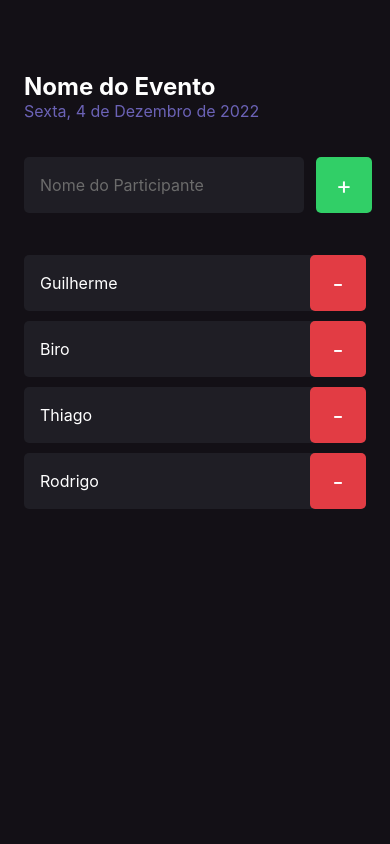
Repository: guilhermecardoso93/reactNative-ignite-imhere
Screen: /
The author's editor kept a copy of each file at every save. The screen is drawn from the files as they stood at one save, then again after the next save.
The app was drawn by React Native's web renderer in a window 390 px wide. The project was rebuilt for these pictures with package versions that can differ from the ones it lists, and the page was loaded fresh each time.

Above is the screen before, as saved 2022-10-03 18:11:08.

### App.tsx
import Home from "./src/screens/Home";

export default function App() {
  return (
    <>
      <Home />
    </>
  );
}

### src/screens/Home/index.tsx
import { Text, View, TextInput, TouchableOpacity } from "react-native";
import { Participant } from "../../components/Participant";

import { styles } from "./styles";

export default function Home() {
  const participants = ["Guilherme", "Biro", "Thiago", "Rodrigo"];

  function handleAddPArticipant() {
    console.log("ADD part");
  }

  function handleRemovePArticipant(name: string) {
    console.log(`Você Removeu o ${name}`);
  }

  return (
    <View style={styles.container}>
      <Text style={styles.eventName}>Nome do Evento</Text>
      <Text style={styles.eventDate}>Sexta, 4 de Dezembro de 2022</Text>
      <View style={styles.form}>
        <TextInput
          style={styles.eventInput}
          placeholder="Nome do Participante"
          placeholderTextColor="#6b6b6b"
        />
        <TouchableOpacity style={styles.button} onPress={handleAddPArticipant}>
          <Text style={styles.buttonText}>+</Text>
        </TouchableOpacity>
      </View>
      {participants.map((participant) => {
        return (
          <Participant
            participantName={participant}
            key={participant}
            onRemove={() => handleRemovePArticipant(participant)}
          />
        );
      })}
    </View>
  );
}

### src/components/Participant/index.tsx
import { Text, TouchableOpacity, View } from "react-native";

import { styles } from "./styles";

interface ParticipantProps {
  participantName: string;
  onRemove: () => void;
}

export function Participant({participantName, onRemove} : ParticipantProps ){


  return (
    <View style={styles.container}>
      <Text style={styles.name}>{participantName}</Text>
      <TouchableOpacity style={styles.button} onPress={onRemove}>
          <Text style={styles.buttonText}>-</Text>
        </TouchableOpacity>
    </View>
  )
}

### src/screens/Home/styles.ts
import { StyleSheet } from "react-native";

export const styles = StyleSheet.create({
  container: {
    flex: 1,
    padding: 24,
    backgroundColor: "#131016",
  },
  eventName: {
    color: "#fff",
    fontSize: 24,
    fontWeight: "bold",
    marginTop: 48,
  },
  eventDate: {
    color: "#6b62b6",
    fontSize: 16,
  },

  eventInput: {
    backgroundColor: "#1f1e25",
    color: "#FFF",
    height: 56,
    flex: 1,
    borderRadius: 5,
    padding: 16,
    fontSize: 16,
    marginRight: 12,
  },

  button: {
    width: 56,
    height: 56,
    borderRadius: 5,
    backgroundColor: "#31cf67",
    alignItems: "center",
    justifyContent: "center",
  },
  buttonText: {
    color: "#FFF",
    fontSize: 24,
  },
  form: {
    width: "100%",
    flexDirection: "row",
    marginTop: 36,
    marginBottom: 42,
  },
});

### src/components/Participant/styles.ts
import { StyleSheet } from "react-native";

export const styles = StyleSheet.create({
  container: {
    width: "100%",
    backgroundColor: "#1f1e25",
    borderRadius: 5,
    flexDirection: "row",
    alignItems: "center",
    justifyContent: "space-between",
    marginBottom: 10
  },
  name: {
    color: "#fff",
    flex: 1,
    marginLeft: 16,
    fontSize: 16
  },
  button: {
    width: 56,
    height: 56,
    borderRadius: 5,
    backgroundColor: "#e23c44",
    alignItems: "center",
    justifyContent: "center",
  },
  buttonText: {
    color: "#FFF",
    fontSize: 24,
  },
});

After the next save:
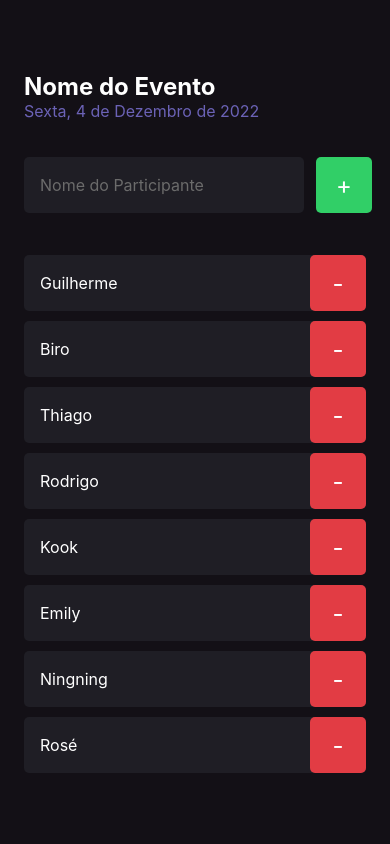
Saved 4 min 40 s later.
--- a/src/screens/Home/index.tsx
+++ b/src/screens/Home/index.tsx
@@ -4,7 +4,7 @@ import { Participant } from "../../components/Participant";
 import { styles } from "./styles";
 
 export default function Home() {
-  const participants = ["Guilherme", "Biro", "Thiago", "Rodrigo"];
+  const participants = ["Guilherme", "Biro", "Thiago", "Rodrigo", 'Kook', "Emily", 'Ningning', 'Rosé'];
 
   function handleAddPArticipant() {
     console.log("ADD part");
